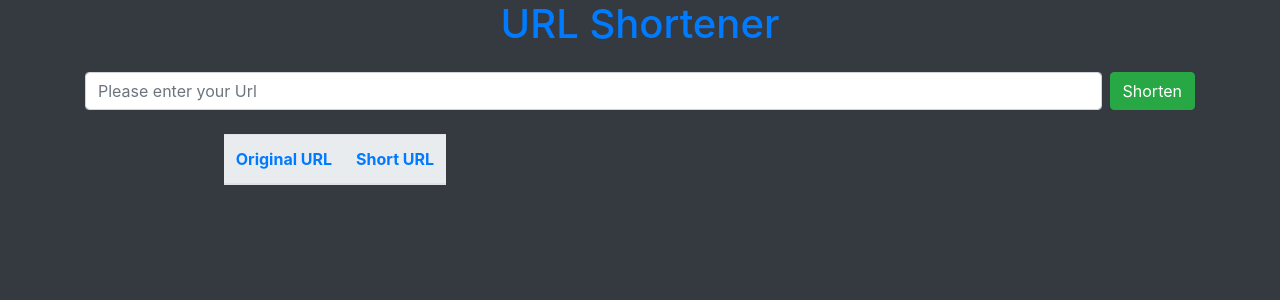
Repository: Art101-ui/Url-shorterner
Page: http://localhost/
These files come from the project's save history. The page is drawn as it stood at one moment and after the next save; the edit follows.
The browser window is 1280 px wide. The pictures show the whole page.
The page is served by the project's Node server (server.js). Queries for data that is not in the repository find no rows.

Above is the page before, as saved 2022-02-24 14:52:40.

After the next save:
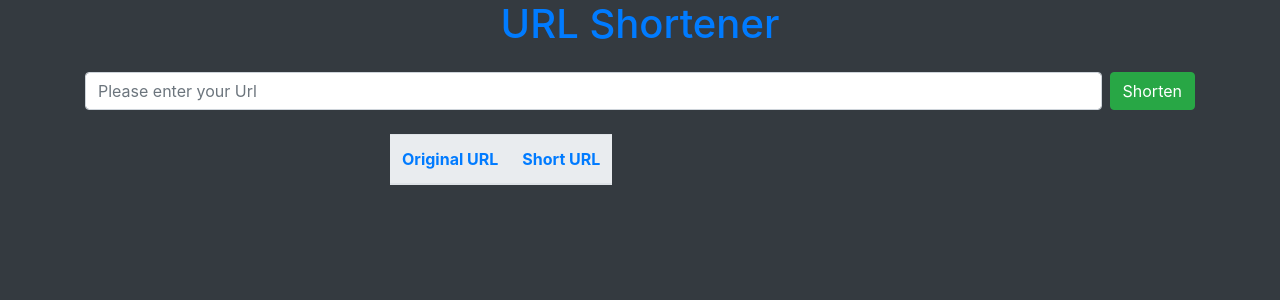
Saved 27 s later.
--- a/views/index.ejs
+++ b/views/index.ejs
@@ -12,8 +12,8 @@
     />
     <title>Document</title>
     <style>
-      .table {
-        max-width: 75%;
+      .contain {
+        max-width: 500px;
         margin: auto;
       }
     </style>
@@ -33,6 +33,7 @@
         />
         <button class="btn btn-success" type="submit">Shorten</button>
       </form>
+
       <div class="contain">
         <table class="table text-center table-striped table-responsive">
           <thead class="thead-light">
